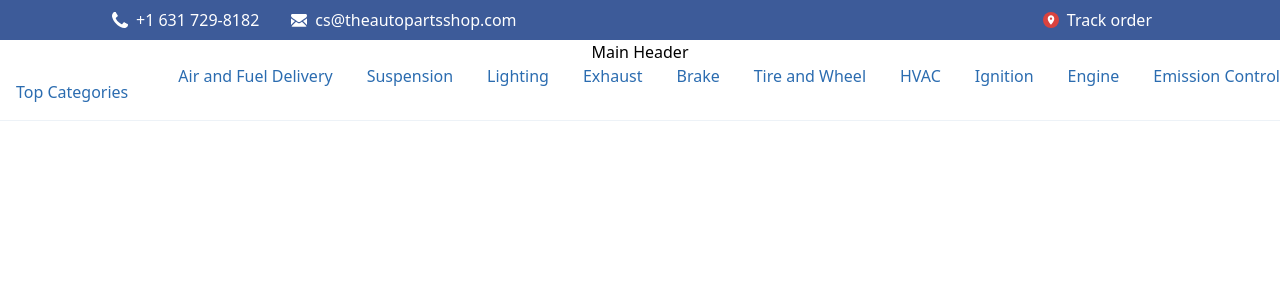
Repository: robindhimanspineor/TAPS-Next
Page: /
An editor plug-in stored every save of this project. The page is shown before and after the next save, followed by the edit.
The browser window is 1280 px wide. The pictures show the whole page.
The project was rebuilt for these pictures with package versions that can differ from the ones it lists, and the page was loaded fresh each time. The framework's server and built-in components were replaced by stand-ins that run in the browser. Also part of the build but not shown: next.config.js.

Above is the page before, as saved 2021-09-16 16:32:10.

After the next save:
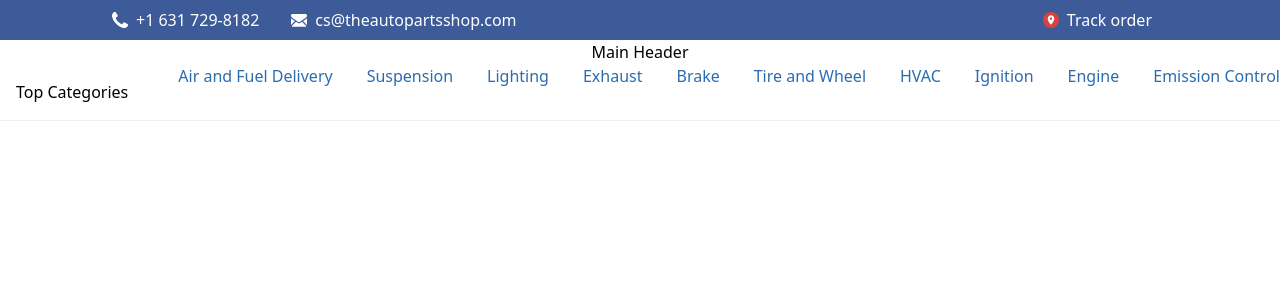
Saved 25 s later.
--- a/src/components/common/header/categories-header.tsx
+++ b/src/components/common/header/categories-header.tsx
@@ -1,9 +1,9 @@
 import Link from 'next/link';
 const CategoriesHeader = () => {
   return (
-    <div className="header-categories w-screen max-w-screen-xl flex justify-between text-black">
+    <div className="header-categories w-screen max-w-screen-xl flex justify-between ">
       <Link href="/">
-        <a className="m-4">Top Categories</a>
+        <a className="m-4 text-black">Top Categories</a>
       </Link>
       <Link href="/air-and-fuel-delivery">Air and Fuel Delivery</Link>
       <Link href="/suspension">Suspension</Link>
